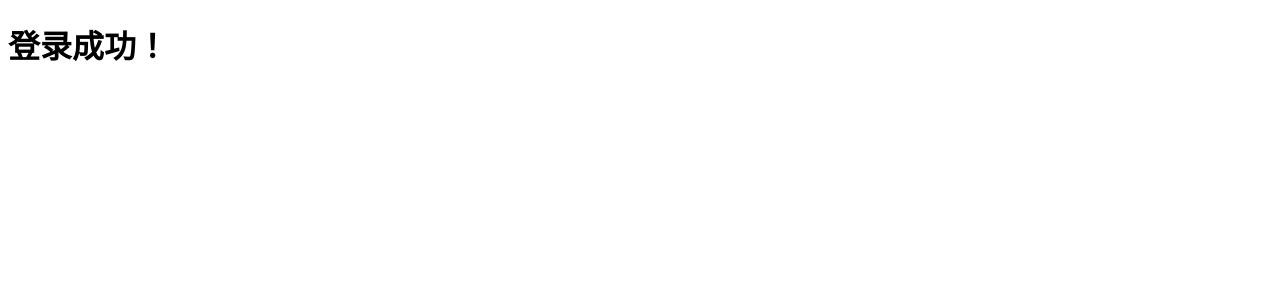
Repository: goulinagchen/kuangjiaCode
Page: http://localhost/Struts/login.jsp
An editor plug-in stored every save of this project. The page is shown before and after the next save, followed by the edit.
The browser window is 1280 px wide. The pictures show the whole page.
The page is served by Tomcat 9. Nobody is signed in. The application's start-up code is not run. Other server files are loaded and not shown.

Above is the page before, as saved 2017-10-16 03:38:17.

### kuangjiaCode/Struts/WebContent/login.jsp
<%@ page language="java" contentType="text/html; charset=UTF-8"
    pageEncoding="UTF-8"%>
<!DOCTYPE html PUBLIC "-//W3C//DTD HTML 4.01 Transitional//EN" "http://www.w3.org/TR/html4/loose.dtd">
<html>
<head>
<meta http-equiv="Content-Type" content="text/html; charset=UTF-8">
<title>Insert title here</title>
</head>
<body>
	<h1>登录成功！</h1>
</body>
</html>

After the next save:
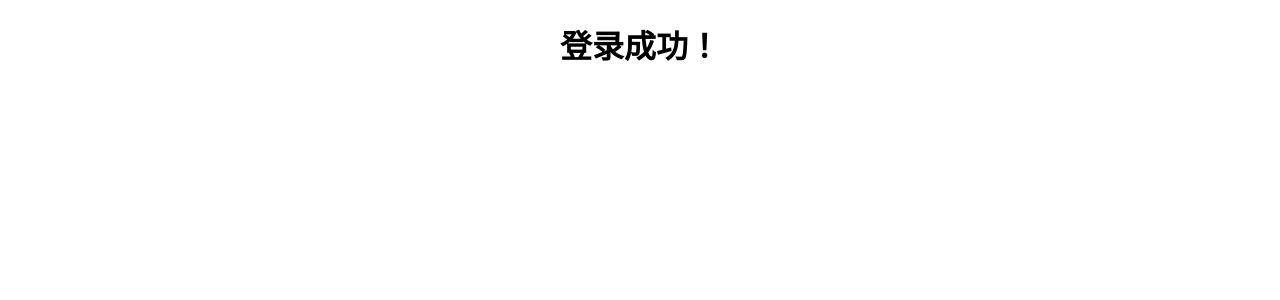
Saved 5 s later.
--- a/kuangjiaCode/Struts/WebContent/login.jsp
+++ b/kuangjiaCode/Struts/WebContent/login.jsp
@@ -7,6 +7,6 @@
 <title>Insert title here</title>
 </head>
 <body>
-	<h1>登录成功！</h1>
+	<h1 align="center">登录成功！</h1>
 </body>
 </html>
